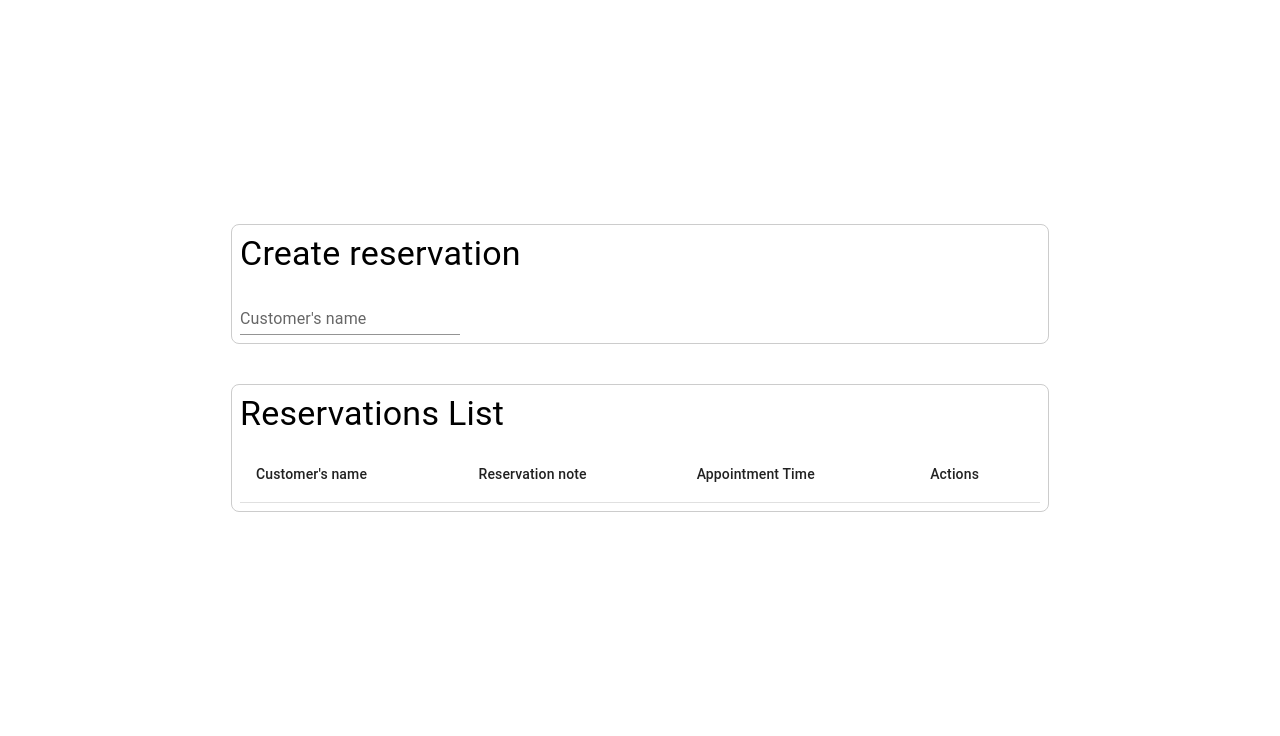
Repository: dovix58/PSP
Page: /beauty (app in frontEnd/)
These files come from the project's save history. The page is drawn as it stood at one moment and after a run of saves; the edit follows.
The browser window is 1280 px wide. The pictures show the whole page.
The page's requests for data from a server got no answer. The project was rebuilt for these pictures with package versions that can differ from the ones it lists, and the page was loaded fresh each time. No one was signed in, and anything a server would have sent is missing. Also part of the build but not shown: frontEnd/vite.config.ts, frontEnd/src/LandingPage.tsx, frontEnd/src/api/productAPI.ts, frontEnd/src/CreateOrder.tsx, frontEnd/src/api/OrderApi.ts, frontEnd/src/PaymentModal.tsx, frontEnd/src/OrderList.tsx, frontEnd/src/Styles.ts and 3 more.

Above is the page before, as saved 2024-12-19 13:34:19.

### frontEnd/src/main.tsx
import React from 'react';
import ReactDOM from 'react-dom/client';
import {createBrowserRouter, RouterProvider} from "react-router-dom";
import LandingPage from "./LandingPage";
import CateringPage from "./CatringPage";
import BeautyPage from "./BeautyPage";

const router = createBrowserRouter([
    {
        path: '/',
        element: <LandingPage />
    },
    {
        path: '/catering',
        element: <CateringPage />
    },
    {
        path: "/beauty",
        element: <BeautyPage/>
    }
]);
ReactDOM.createRoot(
    document.getElementById('root') as HTMLElement
).render(
    <React.StrictMode>
        <RouterProvider router={router} />
    </React.StrictMode>
);

### frontEnd/src/BeautyPage.tsx
import React from "react";
import { Box } from "@mui/material";
import ReservationList from "./ReservationList";
import CreateReservation from "./CreateReservation";

export default function BeautyPage() {
  return (
    <Box
      component="div"
      sx={{
        display: "flex",
        flexDirection: "column",
        alignItems: "center",
        justifyContent: "center",
        height: "100vh",
        gap: 3,
      }}
    >
      <CreateReservation />
      <ReservationList />
    </Box>
  );
}

### frontEnd/src/ReservationList.tsx
import React, { useEffect, useState } from "react";
import { format } from "date-fns";
import {
  Box,
  Typography,
  CircularProgress,
  Table,
  TableContainer,
  TableHead,
  TableRow,
  TableCell,
  TableBody,
  Button,
} from "@mui/material";

interface Reservation {
  id: string; // UUID
  businessId: string; // UUID
  userId: string; // UUID
  customer: string;
  note: string;
  createdAt: string; // ISO 8601 DateTime format
  updatedAt: string; // ISO 8601 DateTime format
  appointmentTime: string; // ISO 8601 DateTime format
}

type ReservationsResponse = Reservation[];

export default function ReservationList() {
  const [reservations, setReservations] = useState<null | ReservationsResponse>(
    null
  );
  const [isLoading, setIsLoading] = useState(false);

  //Handler for a delete button
  const onDeleteHandler = async (id: string) => {
    try {
      const success = await deleteReservations(id);
      if (success) {
        await getReservations(); // Fetch updated reservations only on success
      }
    } catch (error) {
      console.error("Error during deletion:", error);
    }
  };

  const deleteReservations = async (id: string): Promise<boolean> => {
    try {
      const response = await fetch(`api/v1/reservations/${id}`, {
        method: "DELETE",
      });
      if (response.status === 204) {
        console.log("Reservation deleted successfully.");
        return true;
      } else {
        console.error("Failed to delete the reservation.");
        return false;
      }
    } catch (error) {
      console.error("Error during deletion:", error);
      return false;
    }
  };

  const getReservations = async () => {
    setIsLoading(true);
    try {
      const res = await fetch("api/v1/reservations");
      const resData = await res.json();
      console.log(resData);
      setReservations(resData);
      setIsLoading(false);
    } catch (e) {
      setIsLoading(false);
      console.error("Error fetching reservations:", e);
    }
  };

  useEffect(() => {
    getReservations();
  }, []);
  return (
    <Box
      sx={{
        border: "1px solid #ccc",
        borderRadius: "8px",
        padding: "8px",
        margin: "8px 0",
        maxHeight: 400,
        width: 800,
        overflowY: "auto",
      }}
    >
      <Typography variant="h4" gutterBottom>
        Reservations List
      </Typography>{" "}
      {isLoading ? (
        <CircularProgress />
      ) : reservations != null && reservations.length === 0 ? (
        <Typography variant="h6">No reservations are made...</Typography>
      ) : (
        <TableContainer>
          <Table>
            <TableHead>
              <TableRow>
                <TableCell align="left">Customer's name</TableCell>
                <TableCell align="left">Reservation note</TableCell>
                <TableCell align="left">Appointment Time</TableCell>
                <TableCell align="left">Actions</TableCell>
              </TableRow>
            </TableHead>
            <TableBody>
              {reservations?.map((r, index) => (
                <TableRow key={r.id}>
                  <TableCell align="left">{r.customer}</TableCell>
                  <TableCell align="left">{r.note}</TableCell>
                  <TableCell align="left">
                    {format(new Date(r.appointmentTime), "MMMM d, yyyy hh:mm ")}
                  </TableCell>
                  <TableCell align="left">
                    <Button
                      variant="outlined"
                      color="error"
                      onClick={() => onDeleteHandler(r.id)}
                    >
                      Delete
                    </Button>
                  </TableCell>
                </TableRow>
              ))}
            </TableBody>
          </Table>
        </TableContainer>
      )}
    </Box>
  );
}

### frontEnd/src/CreateReservation.tsx
import React from "react";
import { Box, Typography, TextField } from "@mui/material";

export default function CreateReservation() {
  return (
    <Box
      sx={{
        border: "1px solid #ccc",
        borderRadius: "8px",
        padding: "8px",
        margin: "8px 0",
        maxHeight: 400,
        width: 800,
        overflowY: "auto",
      }}
    >
      <Typography variant="h4" gutterBottom>
        Create reservation
      </Typography>
      <form>
        <TextField
          id="standard-basic"
          label="Customer's name"
          variant="standard"
        />
      </form>
    </Box>
  );
}

Loaded but not shown: frontEnd/index.html (common file)

After the next 5 saves:
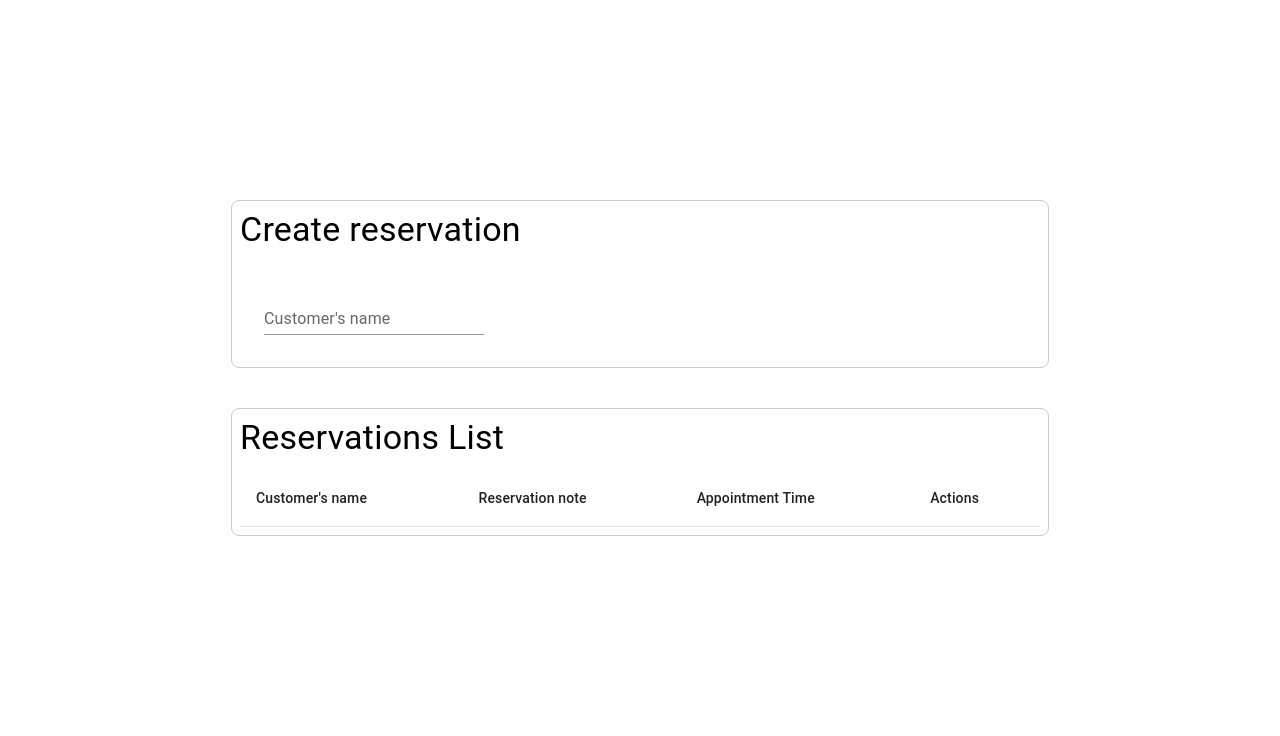
The 5 saves are shown as one change because they came seconds apart.
The last was saved 14 s later.
--- a/frontEnd/src/CreateReservation.tsx
+++ b/frontEnd/src/CreateReservation.tsx
@@ -17,13 +17,15 @@
       <Typography variant="h4" gutterBottom>
         Create reservation
       </Typography>
-      <form>
-        <TextField
-          id="standard-basic"
-          label="Customer's name"
-          variant="standard"
-        />
-      </form>
+      <Box sx={{ p: 3 }}>
+        <form>
+          <TextField
+            id="standard-basic"
+            label="Customer's name"
+            variant="standard"
+          />
+        </form>
+      </Box>
     </Box>
   );
 }

After the save that followed:
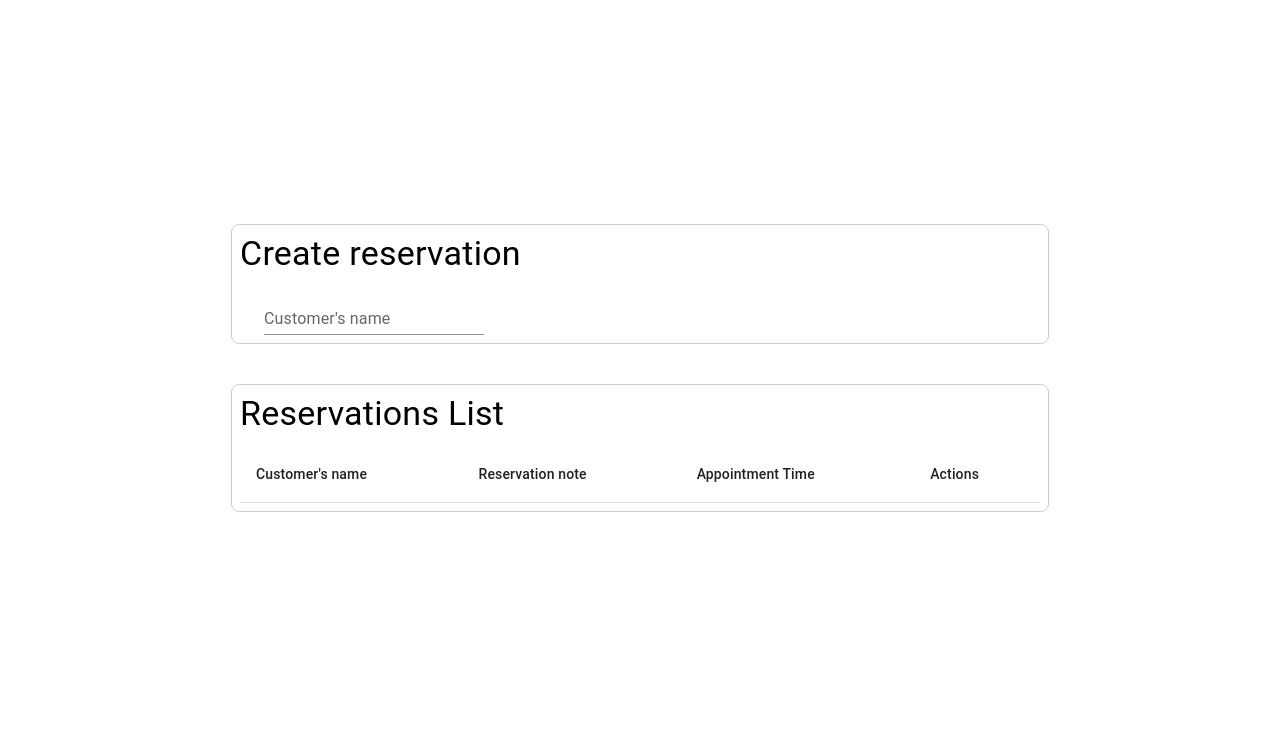
Saved 9 s later.
--- a/frontEnd/src/CreateReservation.tsx
+++ b/frontEnd/src/CreateReservation.tsx
@@ -17,7 +17,7 @@
       <Typography variant="h4" gutterBottom>
         Create reservation
       </Typography>
-      <Box sx={{ p: 3 }}>
+      <Box sx={{ px: 3 }}>
         <form>
           <TextField
             id="standard-basic"
